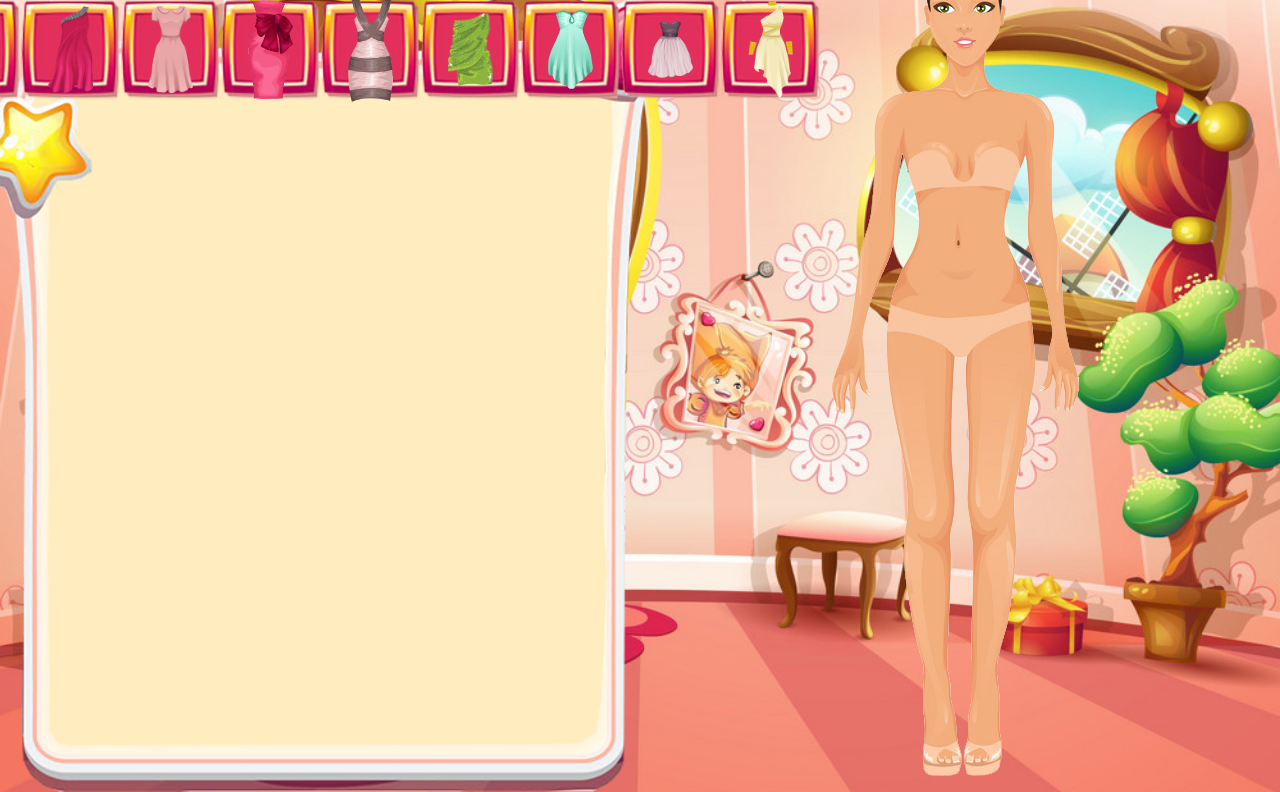
Repository: bunbubam/GameThayDoReactjs_NguyenKhacNghia
Page: /
The author's editor kept a copy of each file at every save. The page is drawn from the files as they stood at one save, then again after the next save.
The browser window is 1280 px wide. The pictures show the whole page.
The project was rebuilt for these pictures with package versions that can differ from the ones it lists, and the page was loaded fresh each time.

Above is the page before, as saved 2022-03-30 16:07:51.

After the next save:
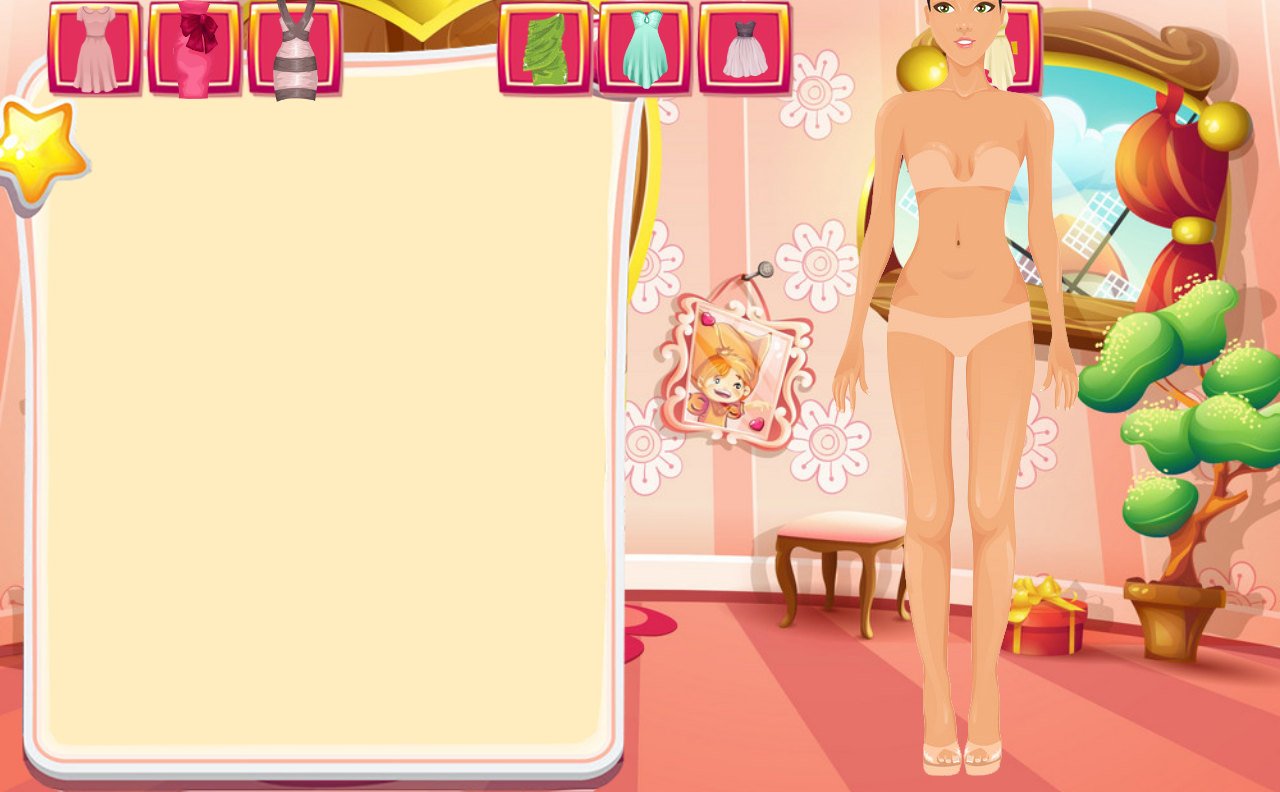
Saved 44 s later.
--- a/src/App.css
+++ b/src/App.css
@@ -16,6 +16,7 @@ body {
     width: 700px;
     height: 792px;
 }
+.clothing-flex {margin: 0 75px;}
 .clothing-item {
     background: url(gamethaydo/images/menu.png) no-repeat;
     width: 100px;
